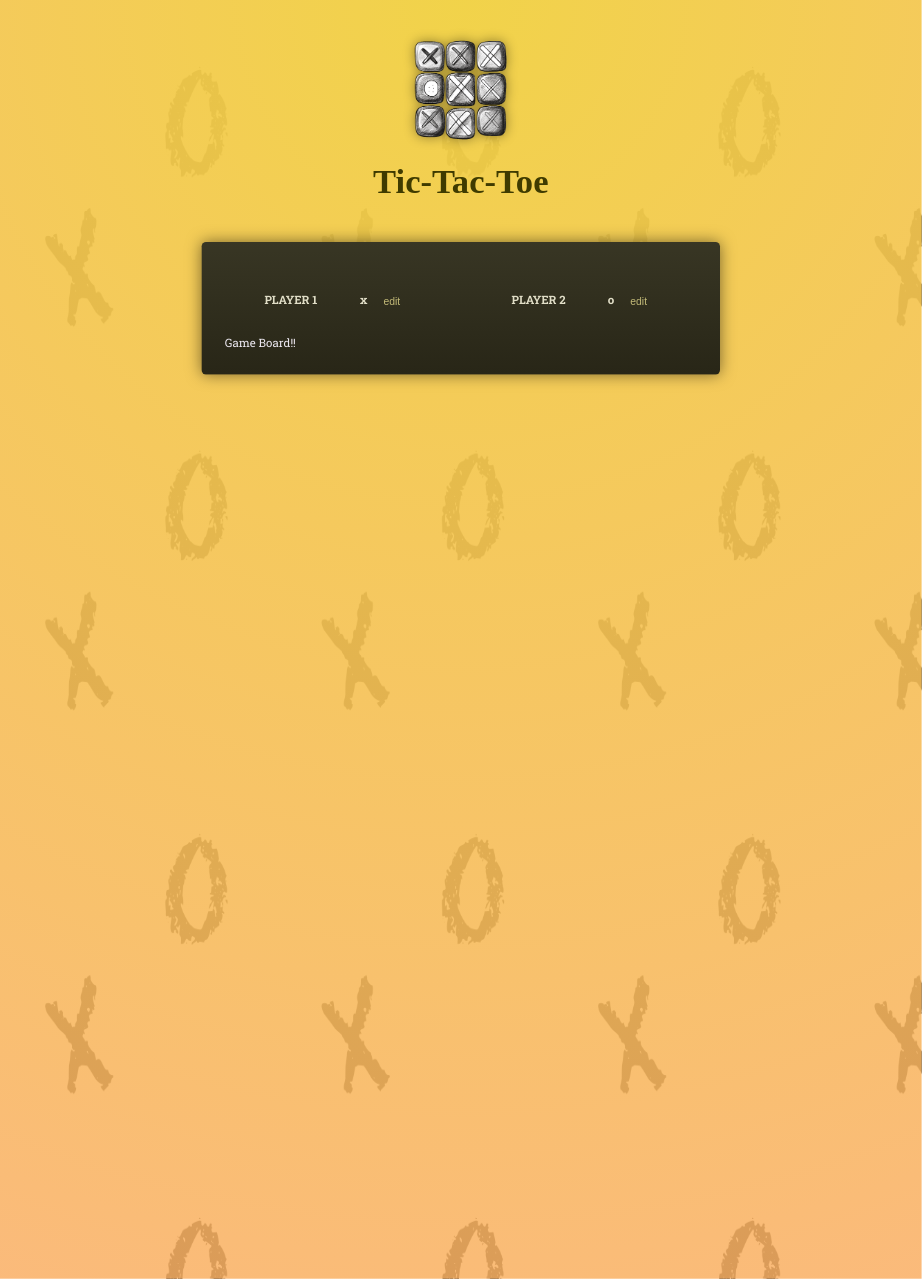
Repository: PrateekSahu9808/Tic_tac__toe_game
Page: /
The author's editor kept a copy of each file at every save. The page is drawn from the files as they stood at one save, then again after the next save.
The browser window is 1280 px wide. The pictures show the whole page, at 72% of full size.
Some web fonts or font styles are not loaded; a fallback is used. The project was rebuilt for these pictures with package versions that can differ from the ones it lists, and the page was loaded fresh each time. Also part of the build but not shown: vite.config.js.

Above is the page before, as saved 2024-04-16 00:06:51.

### index.html
<!DOCTYPE html>
<html lang="en">
  <head>
    <meta charset="UTF-8" />
    <link rel="icon" type="image/svg+xml" href="/vite.svg" />
    <meta name="viewport" content="width=device-width, initial-scale=1.0" />
    <title>Vite + React</title>
  </head>
  <body>
    <header>
      <img src="game-logo.png" alt="tick" />
      <h1>Tic-Tac-Toe</h1>
    </header>
    <div id="root"></div>
    <script type="module" src="/src/main.jsx"></script>
  </body>
</html>

### src/App.jsx
import Player from "./Components/Player";

function App() {
  return (
    <main>
      <div id="game-container">
        <ol id="players">
          <Player name="Player 1" symbol="x" />
          <Player name="Player 2" symbol="o" />
        </ol>
        Game Board!!
      </div>
    </main>
  );
}

export default App;

### src/Components/Player.jsx
import { useState } from "react";


const Player = ({name,symbol}) => {
 const[isEditing,setEditing]=useState(false);
 const handleEditClick=()=>{
  setEditing(true)
 }
  return (
    <li>
      <span className="player">
        <span className="player-name">{name}</span>
        <span className="player-symbol">{symbol}</span>
      </span>
      <button onClick={handleEditClick}>edit</button>
    </li>
  );
};

export default Player;

Loaded but not shown: src/main.jsx (common file); src/index.css (common file)

After the next save:
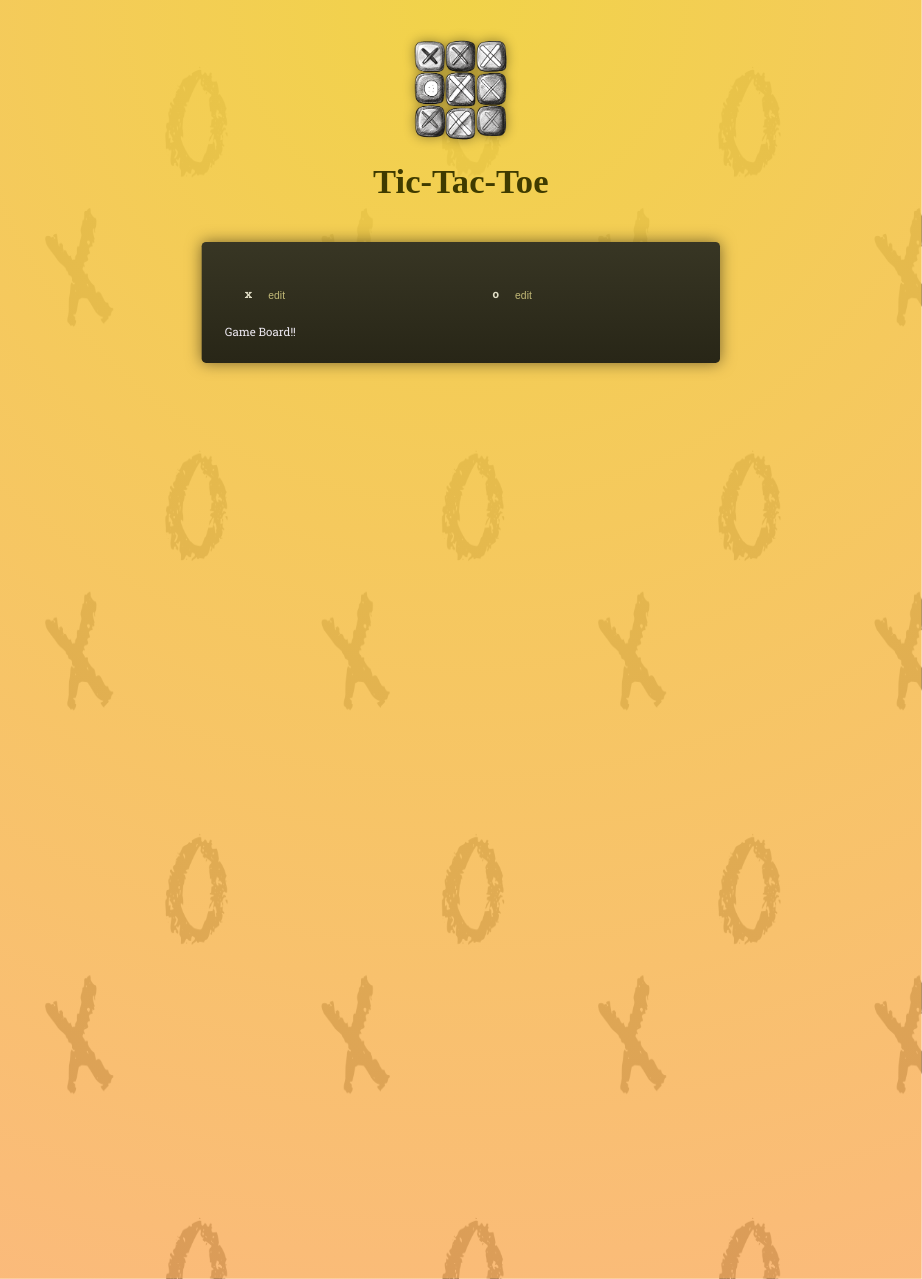
Saved 112 s later.
--- a/src/Components/Player.jsx
+++ b/src/Components/Player.jsx
@@ -9,7 +9,6 @@ const Player = ({name,symbol}) => {
   return (
     <li>
       <span className="player">
-        <span className="player-name">{name}</span>
         <span className="player-symbol">{symbol}</span>
       </span>
       <button onClick={handleEditClick}>edit</button>
